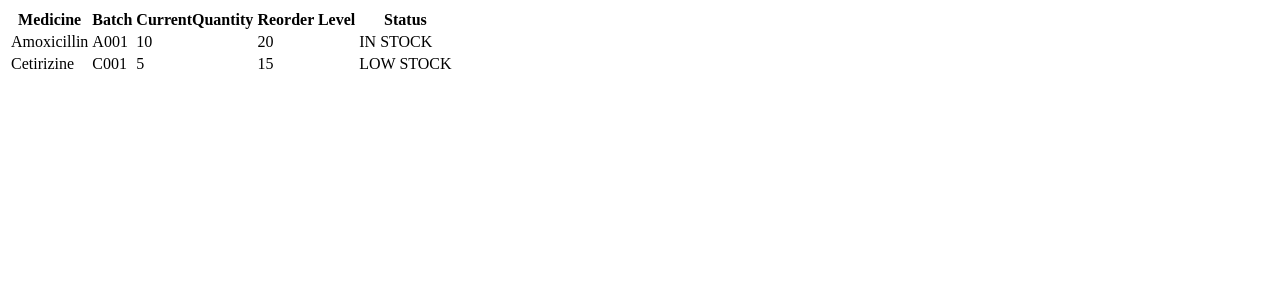
Repository: AbHiShEk200428/Medicine-Manager
Page: low_stock.html
An editor plug-in stored every save of this project. The page is shown before and after a run of saves, followed by the edit.
The browser window is 1280 px wide. The pictures show the whole page.

Above is the page before, as saved 2026-10-28 20:32:44.

After the next 2 saves:
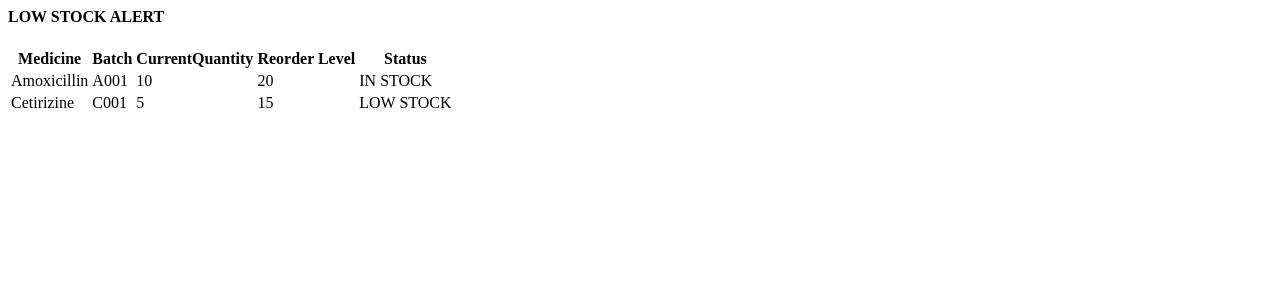
The 2 saves are shown as one change because they came seconds apart.
The last was saved 7 s later.
--- a/low_stock.html
+++ b/low_stock.html
@@ -1,4 +1,4 @@
-    <h4 class="mb-3 text-primary"></h4>
+    <h4 class="mb-3 text-primary">LOW STOCK ALERT</h4>
 
     <div class="table-responsive">
         <table id="Inventory_Table" class="table table-hover text-center text-nowrap table-bordered align-middle">
